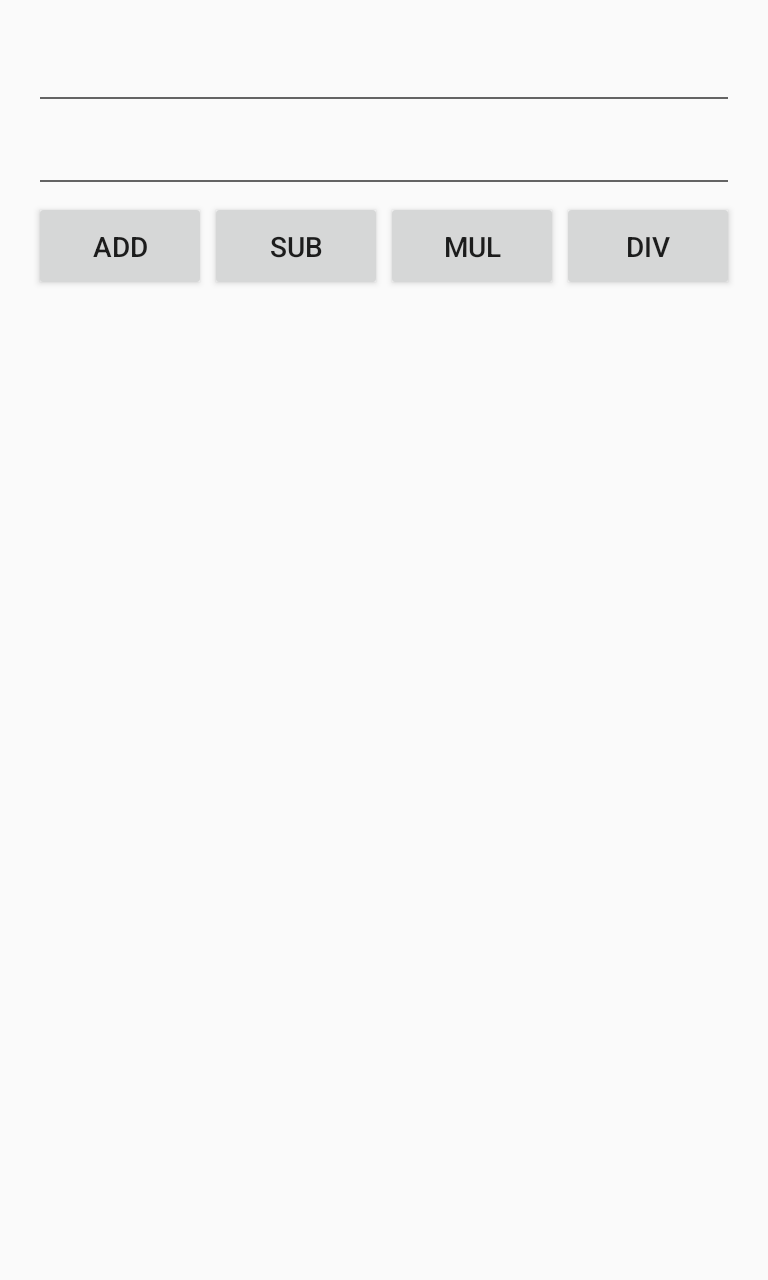
Repository: tamilkarun/Android
Layout: Calc/res/layout/fragment_main.xml
An editor plug-in stored every save of this project. The layout is shown before and after the next save, followed by the edit.
It is drawn on a 768 x 1280 px phone screen (xhdpi) without system bars, with theme AppTheme; the app's code is not run.

Above is the layout before, as saved 2014-05-14 06:19:57.

### Calc/res/layout/fragment_main.xml
<LinearLayout xmlns:android="http://schemas.android.com/apk/res/android"
    xmlns:tools="http://schemas.android.com/tools"
    android:id="@+id/LinearLayout1"
    android:layout_width="match_parent"
    android:layout_height="match_parent"
    android:orientation="vertical"
    android:paddingBottom="@dimen/activity_vertical_margin"
    android:paddingLeft="@dimen/activity_horizontal_margin"
    android:paddingRight="@dimen/activity_horizontal_margin"
    android:paddingTop="@dimen/activity_vertical_margin"
    tools:context="com.example.calc.MainActivity$PlaceholderFragment" >

    <LinearLayout
        android:id="@+id/linearLayout1"
        android:layout_width="fill_parent"
        android:layout_height="wrap_content"
        android:orientation="vertical" >

        <EditText
            android:id="@+id/Num1"
            android:layout_width="fill_parent"
            android:layout_height="wrap_content"
            android:layout_below="@+id/linearLayout1"
            android:layout_centerHorizontal="true"
            android:inputType="number" >

        </EditText>

        <EditText
            android:id="@+id/Num2"
            android:layout_width="fill_parent"
            android:layout_height="wrap_content"
            android:layout_alignLeft="@+id/Num1"
            android:layout_below="@+id/Num1"
            android:ems="10"
            android:inputType="number" />
		</LinearLayout>
		<LinearLayout
		    android:layout_width="fill_parent"
        	android:layout_height="wrap_content"
        	android:orientation="horizontal">
        <Button
            android:id="@+id/Add"
            android:layout_width="wrap_content"
            android:layout_height="wrap_content"
            android:text="Add" />
		<Button
            android:id="@+id/Sub"
            android:layout_width="wrap_content"
            android:layout_height="wrap_content"
            android:text="Sub" />
		<Button
            android:id="@+id/Mul"
            android:layout_width="wrap_content"
            android:layout_height="wrap_content"
            android:text="Mul" />
		<Button
            android:id="@+id/Div"
            android:layout_width="wrap_content"
            android:layout_height="wrap_content"
            android:text="Div" />
		</LinearLayout>

        <!-- <EditText -->
        <!-- android:id="@+id/Result" -->
        <!-- android:layout_width="wrap_content" -->
        <!-- android:layout_height="wrap_content" -->
        <!-- android:layout_alignLeft="@+id/Num2" -->
        <!-- android:layout_below="@+id/Add" -->
        <!-- android:ems="10" /> -->


    </LinearLayout>
	    android:layout_width="fill_parent"
        	android:layout_height="wrap_content"
        	android:orientation="horizontal">
        <Button
            android:id="@+id/AnswerButton"
            android:layout_width="wrap_content"
            android:layout_height="wrap_content"
            android:text="Answer" />
        <Button
            android:id="@+id/ClearButton"
            android:layout_width="wrap_content"
            android:layout_height="wrap_content"
            android:text="Clear" />

        </LinearLayout>



<TextView
            android:id="@+id/AddResult"
            android:layout_width="fill_parent"
            android:layout_height="wrap_content"
            android:text="Answer is "
            android:gravity="center" />
</LinearLayout>

Loaded but not shown: Calc/res/values/styles.xml (common file); Calc/res/values-v11/styles.xml (common file); Calc/res/values-v14/styles.xml (common file); Calc/res/values/dimens.xml (common file); Calc/res/values-w820dp/dimens.xml (common file)

After the next save:
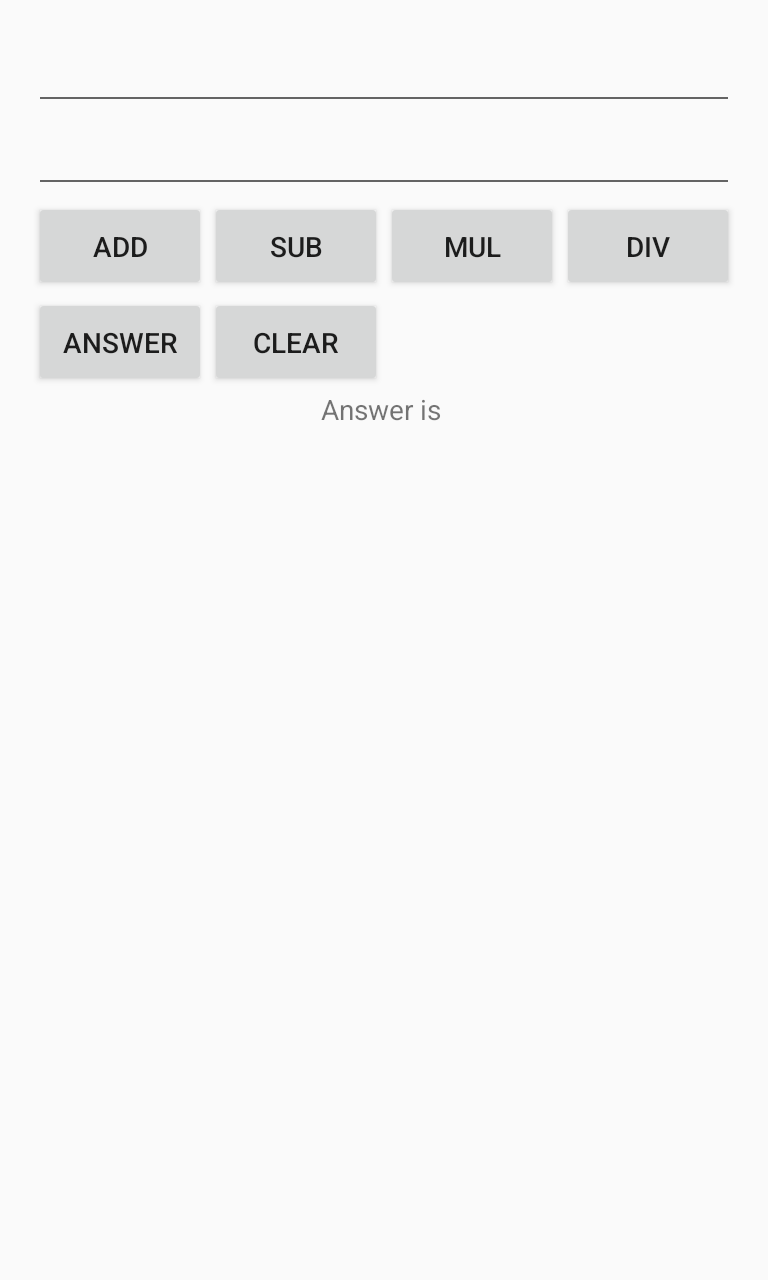
Saved 17 s later.
--- a/Calc/res/layout/fragment_main.xml
+++ b/Calc/res/layout/fragment_main.xml
@@ -70,8 +70,8 @@
         <!-- android:ems="10" /> -->
 
 
-    </LinearLayout>
-	    android:layout_width="fill_parent"
+    <LinearLayout
+	    	android:layout_width="fill_parent"
         	android:layout_height="wrap_content"
         	android:orientation="horizontal">
         <Button
